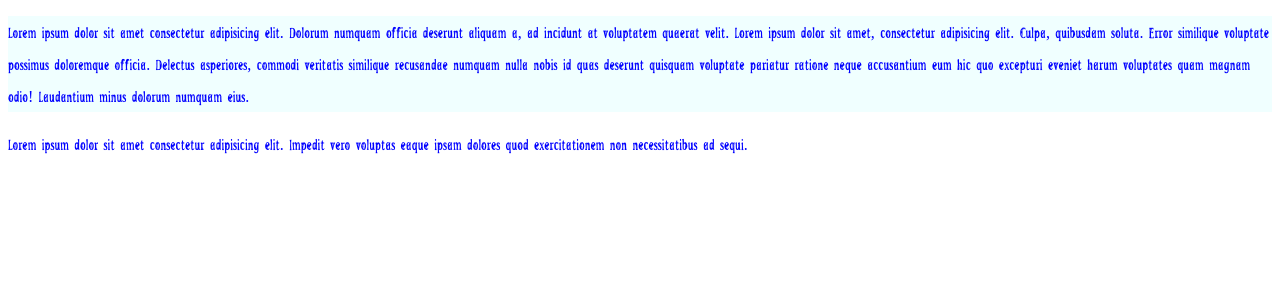
Repository: shazib2023/wtwdt-8
Page: index.html
An editor plug-in stored every save of this project. The page is shown before and after a run of saves, followed by the edit.
The browser window is 1280 px wide. The pictures show the whole page.

Above is the page before, as saved 2023-10-30 15:12:52.

After the next 5 saves:
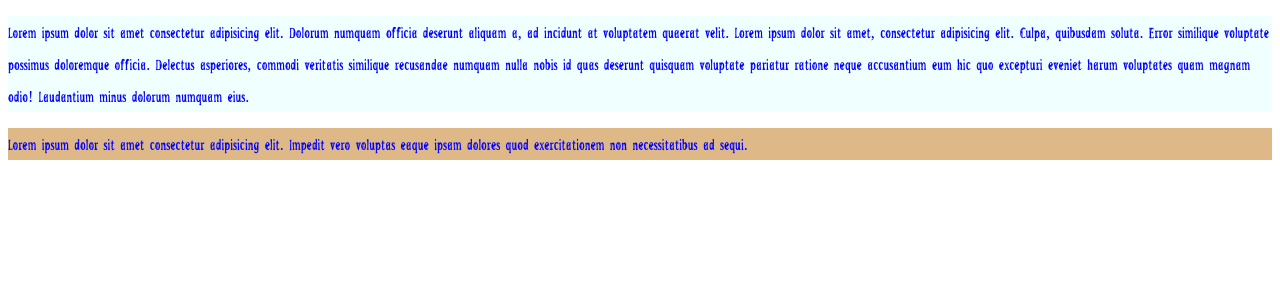
The 5 saves are shown as one change because they came seconds apart.
The last was saved 34 s later.
--- a/index.html
+++ b/index.html
@@ -14,7 +14,7 @@
 <body>
     <p style="background-color: azure;">Lorem ipsum dolor sit amet consectetur adipisicing elit. Dolorum numquam officia deserunt aliquam a, ad incidunt at voluptatem quaerat velit. Lorem ipsum dolor sit amet, consectetur adipisicing elit. Culpa, quibusdam soluta. Error similique voluptate possimus doloremque officia. Delectus asperiores, commodi veritatis similique recusandae numquam nulla nobis id quas deserunt quisquam voluptate pariatur ratione neque accusantium eum hic quo excepturi eveniet harum voluptates quam magnam odio! Laudantium minus dolorum numquam eius.
     </p>
-    <p>
+    <p id="para1">
         Lorem ipsum dolor sit amet consectetur adipisicing elit. Impedit vero voluptas eaque ipsam dolores quod exercitationem non necessitatibus ad sequi.
     </p>
 </body>
